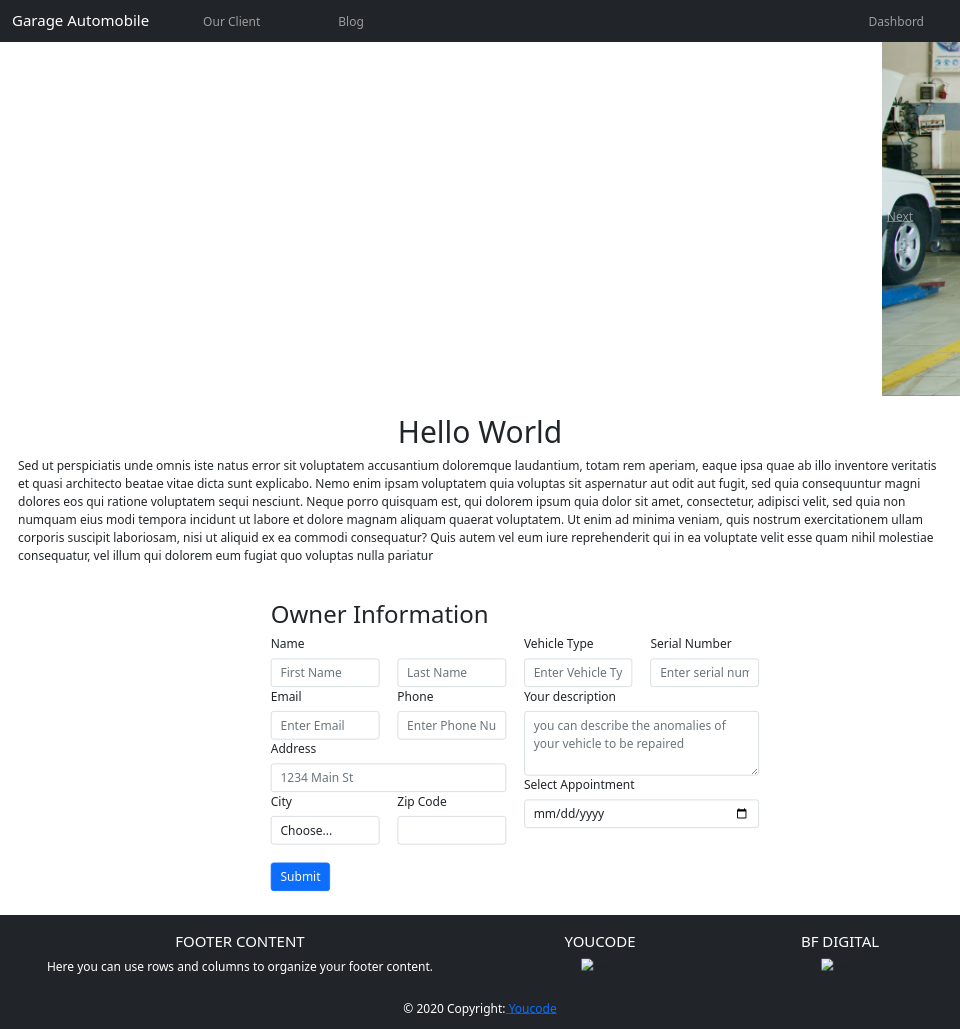
Repository: abdelhak-f/Fil-Rouge
Page: / (app in client/)
The author's editor kept a copy of each file at every save. The page is drawn from the files as they stood at one save, then again after the next save.
The browser window is 1280 px wide. The pictures show the whole page, at 75% of full size.
The project was rebuilt for these pictures with package versions that can differ from the ones it lists, and the page was loaded fresh each time.

Above is the page before, as saved 2021-09-06 12:27:12.

After the next save:
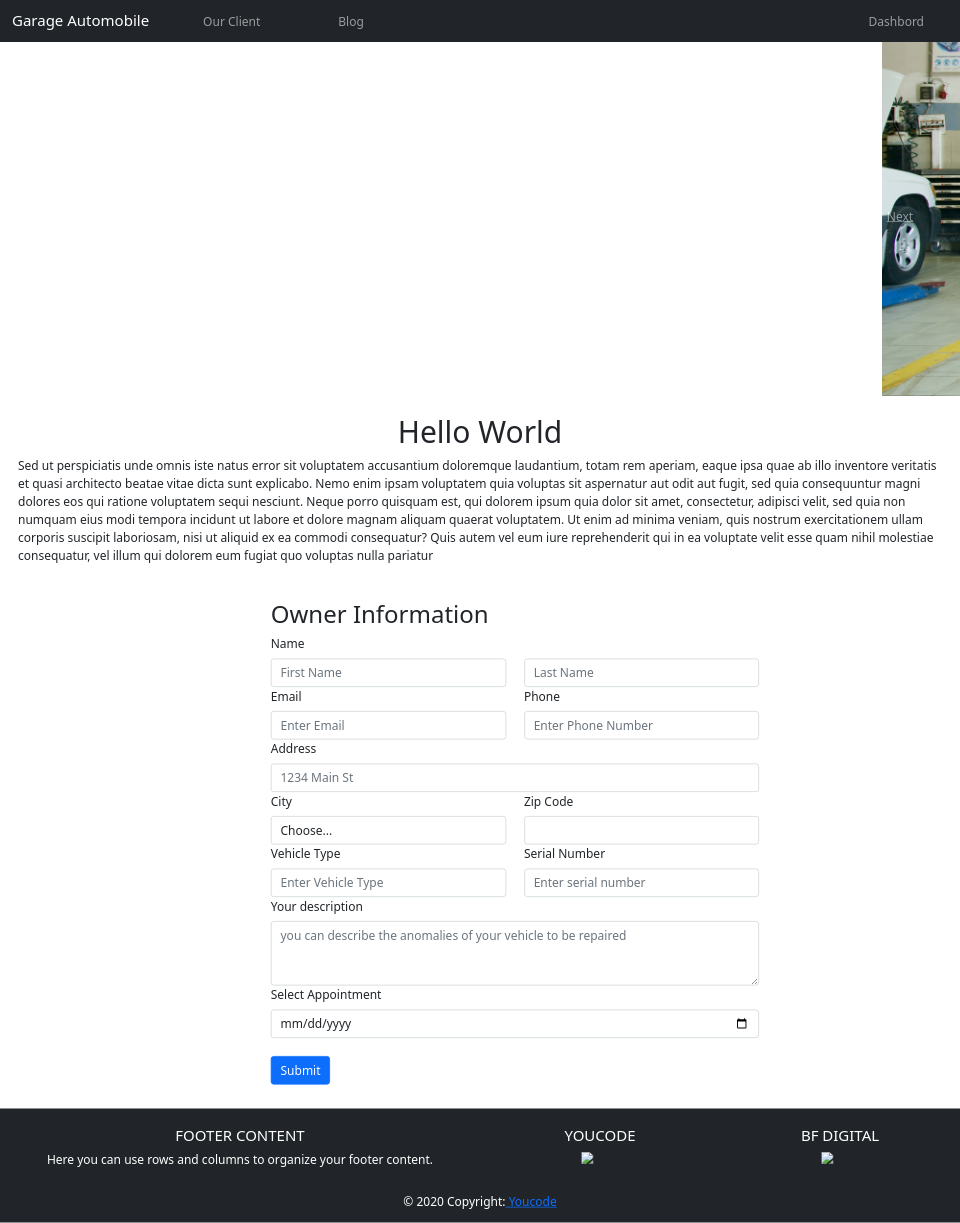
Saved 119 s later.
--- a/client/src/components/forms/FirstFrontForm.jsx
+++ b/client/src/components/forms/FirstFrontForm.jsx
@@ -10,12 +10,14 @@ import {Form, Container,Jumbotron, Button, Row, Col} from 'react-bootstrap';
             <Col md={{ span: 7, offset: 3 }}>
               <Jumbotron>
                 <Form>
-                <h2>Owner Information</h2>
+                  <Form.Group>
+                    <h2>Owner Information</h2>
                     <Row>
                       <Col>
-                        <Form.Group>
 
-                          <Form.Label>Name</Form.Label>
+                      </Col>
+                    </Row>
+                    <Form.Label>Name</Form.Label>
                     <Row>
                       <Col>
                         <Form.Control placeholder="First Name"></Form.Control>
@@ -44,7 +46,10 @@ import {Form, Container,Jumbotron, Button, Row, Col} from 'react-bootstrap';
                   </Form.Group>
 
                   <Row>
-
+                    {/* <Form.Group as={Col} controlId="formGridCity">
+                      <Form.Label>City</Form.Label>
+                      <Form.Control />
+                    </Form.Group> */}
                     <Form.Group as={Col} controlId="formGridState">
                       <Form.Label>City</Form.Label>
                       <Form.Control as="select">
@@ -62,11 +67,7 @@ import {Form, Container,Jumbotron, Button, Row, Col} from 'react-bootstrap';
                       <Form.Control />
                     </Form.Group>
                   </Row>
-
-                      </Col>
-
-                      <Col>
-                      <Row>
+                  <Row>
                     <Form.Group as={Col} controlId="formGridEmail">
                       <Form.Label>Vehicle Type</Form.Label>
                       <Form.Control type="email" placeholder="Enter Vehicle Type" />
@@ -95,14 +96,6 @@ import {Form, Container,Jumbotron, Button, Row, Col} from 'react-bootstrap';
                     />
                   </Form.Group>
                   </Row>
-
-                      </Col>
-
-                    </Row>
-
-
-
-
                   <br />
 
 
@@ -120,6 +113,74 @@ import {Form, Container,Jumbotron, Button, Row, Col} from 'react-bootstrap';
 
 
 
+
+
+
+
+  //   <Container>
+  //      <Form >
+
+  //    <Form.Group className="mb-3" controlId="formBasicEmail">
+  //      <Form.Label>First Name </Form.Label>
+  //      <Form.Control type="text" placeholder="Enter Your Name" />
+  //    </Form.Group>
+  //    <Form.Group>
+  //    <Row>
+  //      <Col>
+  //      <Form.Control type="text" placeholder="Enter Your Name" />
+  //      </Col>
+  //      <Col>
+  //      <Form.Control type="text" placeholder="Enter Your Name" />
+  //      </Col>
+  //    </Row>
+  //    </Form.Group>
+
+
+  //    <Form.Group className="mb-3 "  controlId="formBasicEmail">
+  //      <Form.Label>Last Name</Form.Label>
+  //      <Form.Control type="text" placeholder="Enter Your Last Name" />
+  //    </Form.Group>
+
+  //    <Form.Group className="mb-3 " controlId="formBasicEmail">
+  //      <Form.Label>Email address</Form.Label>
+  //      <Form.Control type="email" placeholder="Enter email" />
+  //      <Form.Text className="text-muted">
+  //        We'll never share your email with anyone else.
+  //      </Form.Text>
+  //    </Form.Group>
+
+  //    <Form.Group className="mb-3" controlId="formBasicPassword">
+  //      <Form.Label>Password</Form.Label>
+  //      <Form.Control type="password" placeholder="Password" />
+  //    </Form.Group>
+  //    {/* <Form.Group as={Col} controlId="formGridCity">
+  //        <Form.Label>City</Form.Label>
+  //        <Form.Control />
+  //      </Form.Group>
+
+  //      <Form.Group as={Col} controlId="formGridState">
+  //        <Form.Label>State</Form.Label>
+  //        <Form.Select defaultValue="Choose...">
+  //          <option>Choose...</option>
+  //          <option>...</option>
+  //        </Form.Select>
+  //      </Form.Group>
+
+  //      <Form.Group as={Col} controlId="formGridZip">
+  //        <Form.Label>Zip</Form.Label>
+  //        <Form.Control />
+  //      </Form.Group> */}
+  //      <Form.Group className="mb-3" controlId="formBasicCheckbox">
+  //      <Form.Check type="checkbox" label="Check me out" />
+  //    </Form.Group>
+  //    <Button variant="primary" type="submit">
+  //      Submit
+  //    </Button>
+
+  //  </Form>
+  //   </Container>
+
+
   );
 }
 
